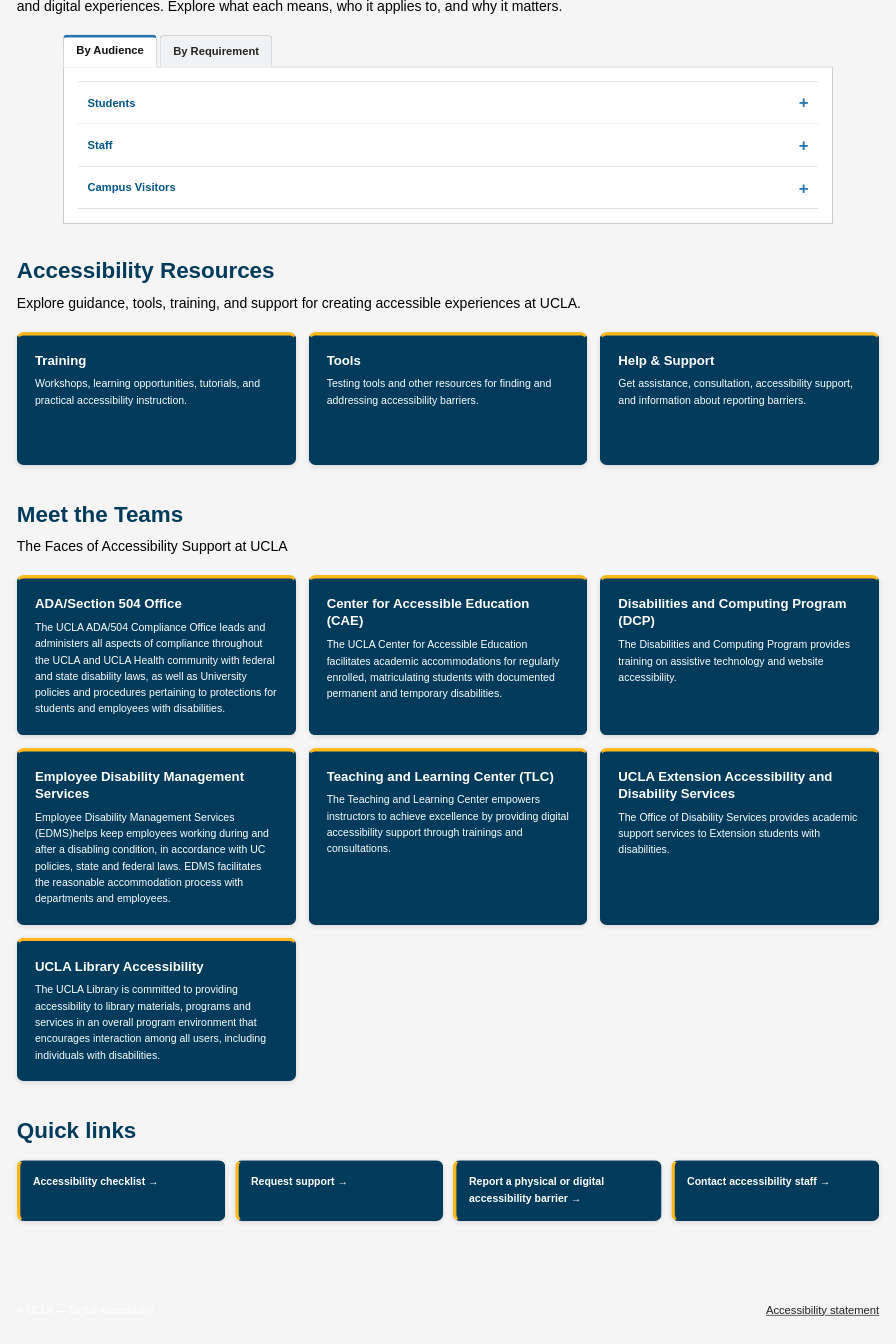
Repository: PSunnywell/UCLA-A11y-barrier-page
Page: index.html
These files come from the project's save history. The page is drawn as it stood at one moment and after the next save; the edit follows.
The browser window is 1280 px wide. The pictures show the part of the page from y = 818 to 2738 px (the page is 2738 px tall), at 70% of full size.

Above is the page before, as saved 2026-10-13 19:38:25.
Not found: search.js

### index.html
<!DOCTYPE html>
<html lang="en">
<head>
  <meta charset="UTF-8">
  <meta name="viewport" content="width=device-width, initial-scale=1.0">
  <meta name="description" content="Accessibility Resources for UCLA">
  <title>Accessibility Resources</title>
  <link rel="stylesheet" href="styles3.css">
  <style>
    /* Classic attached tabs, styled to match the reference image. */
    .requirements-tabs { max-width: 1100px; margin: 1.5rem auto 3rem; font-family: inherit; }
    .requirements-tablist { display: flex; align-items: flex-end; flex-wrap: wrap; gap: 4px; padding: 0; border-bottom: 1px solid #aeb6bf; }
    .requirements-tab { appearance: none; border: 1px solid #b5bac1; border-bottom: 0; border-radius: 6px 6px 0 0; background: #f1f2f4; color: #242424; font: inherit; font-weight: 600; font-size: 1rem; line-height: 1.3; padding: 12px 18px; margin: 0 0 -1px; cursor: pointer; }
    .requirements-tab[aria-selected="true"] { background: #fff; color: #111; border-top: 4px solid #2774ae; padding-top: 9px; border-bottom: 1px solid #fff; position: relative; z-index: 1; }
    .requirements-tab:hover:not([aria-selected="true"]) { background: #e5edf4; }
    .requirements-tab:focus-visible { outline: 3px solid #005587; outline-offset: 2px; z-index: 2; }
    .requirements-tabs > .requirements-panel { border: 1px solid #aeb6bf; border-top: 0; padding: 20px; background: #fff; }
    /* Simple accordion rows inside each top-level tab. */
    .requirements-accordion { border-bottom: 1px solid #c9d1d8; }
    .requirements-accordion:first-child { border-top: 1px solid #c9d1d8; }
    .requirements-accordion summary { cursor: pointer; list-style: none; display: flex; align-items: center; justify-content: space-between; gap: 1rem; padding: 17px 14px; font-weight: 600; color: #005587; background: #fff; }
    .requirements-accordion summary::-webkit-details-marker { display: none; }
    .requirements-accordion summary::after { content: "+"; font-size: 1.5rem; line-height: 1; color: #2774ae; }
    .requirements-accordion[open] summary::after { content: "−"; }
    .requirements-accordion summary:hover { background: #f3f8fc; }
    .requirements-accordion summary:focus-visible { outline: 3px solid #005587; outline-offset: -3px; }
    .requirements-accordion-content { padding: 0 14px 16px; }
    .requirements-panel[hidden] { display: none; }
    .requirements-panel p { line-height: 1.65; max-width: 72ch; margin: 0 0 .8rem; }
    .requirements-panel h3 { color: #005587; margin: 0 0 .65rem; font-size: 1.2rem; }
    @media (max-width: 600px) { .requirements-tab { padding: 10px 12px; font-size: .9rem; } .requirements-tab[aria-selected="true"] { padding-top: 7px; } .requirements-tabs > .requirements-panel { padding: 14px; } }
  </style>
</head>
<body>
  <a class="skip-link" href="#main-content">Skip to main content</a>

  <header class="site-header">
    <div class="header-inner">
      <a class="site-brand" href="ucla.edu" aria-label="UCLA home">
        <img class="site-brand-logo" src="images/logo_UCLA_blue_boxed.png" alt="UCLA">

      </a>
      <nav class="primary-nav" aria-label="Primary navigation">

        <ul>
          <li><a href="https://newsroom.ucla.edu/">Newsroom</a></li>
          <li><a href="training.html">Training</a></li>
          <li><a href="contact.html">Contact</a></li>
        </ul>
      </nav>
    </div>

    <div class="site-search-row">
      <search class="site-search" role="search">
        <form action="search.html" method="get">
          <label for="site-search-input">Search the site</label>
          <input id="site-search-input" name="q" type="search" placeholder="Search the site" autocomplete="off">
          <button type="submit">Search</button>
        </form>
      </search>
    </div>
  </header>


  <!-- =======================================================
       HERO
       ======================================================= -->

  <section class="hero" aria-labelledby="page-title">

    <div class="hero-inner">

            <h1 id="page-title">
       Building a More Accessible Community
      </h1>

      <p>At UCLA, accessibility is essential to creating a community where everyone feels welcome, respected, and empowered to participate fully.</p>

<p>Guided by our True Bruin Value of Belonging, we strive to build an inclusive environment that recognizes and respects the diverse identities, experiences, and abilities of our campus community. Accessibility goes beyond removing barriers and meeting legal requirements. It is about creating meaningful opportunities for everyone to learn, work, connect, and thrive.</p>

<p>Through our shared commitment to accessibility, we help build a UCLA where everyone has the opportunity to participate, contribute, and belong.</p>


    </div>

  </section>


  <!-- =======================================================
       MAIN
       ======================================================= -->

  <main id="main-content">


    <!-- =====================================================
         PRIMARY RESOURCE CARDS
         ===================================================== -->

    <section aria-labelledby="requirements-heading">

      <div class="section-heading">
        <h2 id="requirements-heading">Understanding Accessibility Requirements</h2>
        <p>Accessibility laws, university policies, and technical standards help create equitable access to UCLA's programs, services, and digital experiences. Explore what each means, who it applies to, and why it matters.</p>
      </div>

      <!-- Two main tabs; each contains three native HTML accordions. -->
      <div class="requirements-tabs">
        <div class="requirements-tablist" role="tablist" aria-label="Browse accessibility requirements">
          <button type="button" class="requirements-tab" id="tab-audience" role="tab" aria-selected="true" aria-controls="panel-audience" tabindex="0">By Audience</button>
          <button type="button" class="requirements-tab" id="tab-requirement" role="tab" aria-selected="false" aria-controls="panel-requirement" tabindex="-1">By Requirement</button>
        </div>

        <div class="requirements-panel" id="panel-audience" role="tabpanel" aria-labelledby="tab-audience" tabindex="0">
          <details class="requirements-accordion">
            <summary>Students</summary>
            <div class="requirements-accordion-content">
              <p>Explore accessibility rights, accommodations, and resources that support participation in courses, campus programs, and university life.</p>
            </div>
          </details>
          <details class="requirements-accordion">
            <summary>Staff</summary>
            <div class="requirements-accordion-content">
              <p>Learn about accessibility responsibilities and support for university workplaces, services, communications, and digital content.</p>
            </div>
          </details>
          <details class="requirements-accordion">
            <summary>Campus Visitors</summary>
            <div class="requirements-accordion-content">
              <p>Find information about access to campus spaces, events, programs, and services when visiting UCLA.</p>
            </div>
          </details>
        </div>
        <div class="requirements-panel" id="panel-requirement" role="tabpanel" aria-labelledby="tab-requirement" tabindex="0" hidden>
          <details class="requirements-accordion">
            <summary>Laws &amp; Regulations</summary>
            <div class="requirements-accordion-content">
              <p>Federal and state requirements, including the ADA and Section 504, establish rights and obligations related to equal access and nondiscrimination.</p>
            </div>
          </details>
          <details class="requirements-accordion">
            <summary>UC Policies</summary>
            <div class="requirements-accordion-content">
              <p>University of California policies describe institutional expectations, responsibilities, and procedures. Check each policy for its scope and applicability.</p>
            </div>
          </details>
          <details class="requirements-accordion">
            <summary>Standards</summary>
            <div class="requirements-accordion-content">
              <p>Technical criteria, such as the Web Content Accessibility Guidelines (WCAG), help teams design and evaluate accessible experiences. Applicable requirements determine which standards are mandatory.</p>
            </div>
          </details>
        </div>
      </div>

      <div class="section-heading">
        <h2 id="resources-heading">Accessibility Resources</h2>
        <p>Explore guidance, tools, training, and support for creating accessible experiences at UCLA.</p>
      </div>

      <div class="card-grid">

        <!-- CARD 1 -->
        <a
          class="resource-card is-dark"
          href="accessible-course-materials1004.html"
        >
          <h3>
           Training
          </h3>

          <p>
             Workshops, learning opportunities, tutorials,
            and practical accessibility instruction.
          </p>
        </a>

        <!-- CARD 2 -->
        <a
          class="resource-card is-dark"
          href="tools.html"
        >
          <h3>
            Tools
          </h3>

          <p>
            Testing tools and other resources for finding
            and addressing accessibility barriers.
          </p>
        </a>

        <!-- CARD 3 -->
        <a
          class="resource-card is-dark"
          href="support.html" >
          <h3>
            Help & Support
          </h3>

          <p>
            Get assistance, consultation, accessibility
            support, and information about reporting barriers.
          </p>
        </a>


      </div>

    </section>
<br>
<br>

    <!-- =====================================================
         FEATURED CONTENT
         ===================================================== -->
 <div class="section-heading">
        <h2 id="resources-heading">Meet the Teams</h2>
        <p>The Faces of Accessibility Support at UCLA</p>
      </div>

      <div class="card-grid">

        <!-- CARD 0 -->
        <a
          class="resource-card is-dark"
          href="ADA.html"
        >
          <h3>
          ADA/Section 504 Office
          </h3>

          <p>
            The UCLA ADA/504 Compliance Office leads and administers all aspects of compliance throughout the UCLA and UCLA Health community with federal and state disability laws, as well as University policies and procedures pertaining to protections for students and employees with disabilities.
          </p>
        </a>


        <!-- CARD 1 -->
        <a
          class="resource-card is-dark"
          href="cae.html"
        >
          <h3>
           Center for Accessible Education (CAE)
          </h3>

          <p>
            The UCLA Center for Accessible Education facilitates academic accommodations for regularly enrolled, matriculating students with documented permanent and temporary disabilities.
          </p>
        </a>

        <!-- CARD 2 -->
        <a
          class="resource-card is-dark"
          href="dcp.html"
        >
          <h3>
           Disabilities and Computing Program (DCP)
          </h3>

          <p>
           The Disabilities and Computing Program provides training on assistive technology and website accessibility.
          </p>
        </a>

   <!-- CARD 3 -->
        <a
          class="resource-card is-dark"
          href="edms.html" >
          <h3>Employee Disability Management Services
          </h3>

          <p>
            Employee Disability Management Services (EDMS)helps keep employees working during and after a disabling condition, in accordance with UC policies, state and federal laws. EDMS facilitates the reasonable accommodation process with departments and employees.
          </p>
        </a>

         <!-- CARD 4 -->
        <a
          class="resource-card is-dark"
          href="TLC.html" >
          <h3>Teaching and Learning Center (TLC)
          </h3>

          <p>
            The Teaching and Learning Center empowers instructors to achieve excellence by providing digital accessibility support through trainings and consultations.
          </p>
        </a>

         <!-- CARD 5 -->
        <a
          class="resource-card is-dark"
          href="ext.html" >
          <h3>UCLA Extension Accessibility and Disability Services
          </h3>

          <p>
            The Office of Disability Services provides academic support services to Extension students with disabilities.
          </p>
        </a>

        <!-- CARD 6 -->
        <a
          class="resource-card is-dark"
          href="library.html" >
          <h3>
            UCLA Library Accessibility
          </h3>

          <p>
            The UCLA Library is committed to providing accessibility to library materials, programs and services in an overall program environment that encourages interaction among all users, including individuals with disabilities.
          </p>
        </a>

      </div>

    </section>
<br>
<br>

    <!-- =====================================================
         QUICK LINKS
         ===================================================== -->

    <section aria-labelledby="quick-heading">

      <div class="section-heading">

        <h2 id="quick-heading">
          Quick links
        </h2>

      </div>


      <div class="quick-links">

        <a
          class="quick-link"
          href="checklist.html"
        >
          Accessibility checklist →
        </a>

        <a
          class="quick-link"
          href="request-support.html"
        >
          Request support →
        </a>

        <a
          class="quick-link"
          href="report-barrier.html"
        >
          Report a physical or digital accessibility barrier →
        </a>

        <a
          class="quick-link"
          href="contact.html"
        >
          Contact accessibility staff →
        </a>

      </div>

    </section>

  </main>


  <!-- =======================================================
       FOOTER
       ======================================================= -->

  <footer>

    <div class="footer-inner">

      <p>
        © UCLA — Digital Accessibility
      </p>

      <a
        class="footer-link"
        href="accessibility.html"
      >
        Accessibility statement
      </a>

    </div>

  </footer>

<script src="search.js" defer></script>
  <script>
    // Accessible keyboard navigation for the two main tabs.
    document.querySelectorAll('.requirements-tablist').forEach(tablist => {
      const tabs = Array.from(tablist.querySelectorAll(':scope > [role="tab"]'));
      function activate(tab, moveFocus = false) {
        tabs.forEach(item => {
          const selected = item === tab;
          item.setAttribute('aria-selected', String(selected));
          item.tabIndex = selected ? 0 : -1;
          document.getElementById(item.getAttribute('aria-controls')).hidden = !selected;
        });
        if (moveFocus) tab.focus();
      }
      tabs.forEach((tab, index) => {
        tab.addEventListener('click', () => activate(tab));
        tab.addEventListener('keydown', event => {
          let next;
          if (event.key === 'ArrowRight') next = (index + 1) % tabs.length;
          else if (event.key === 'ArrowLeft') next = (index - 1 + tabs.length) % tabs.length;
          else if (event.key === 'Home') next = 0;
          else if (event.key === 'End') next = tabs.length - 1;
          else return;
          event.preventDefault();
          activate(tabs[next], true);
        });
      });
    });
  </script>
</body>
</html>

Loaded but not shown: styles3.css (359 lines, source omitted)

After the next save:
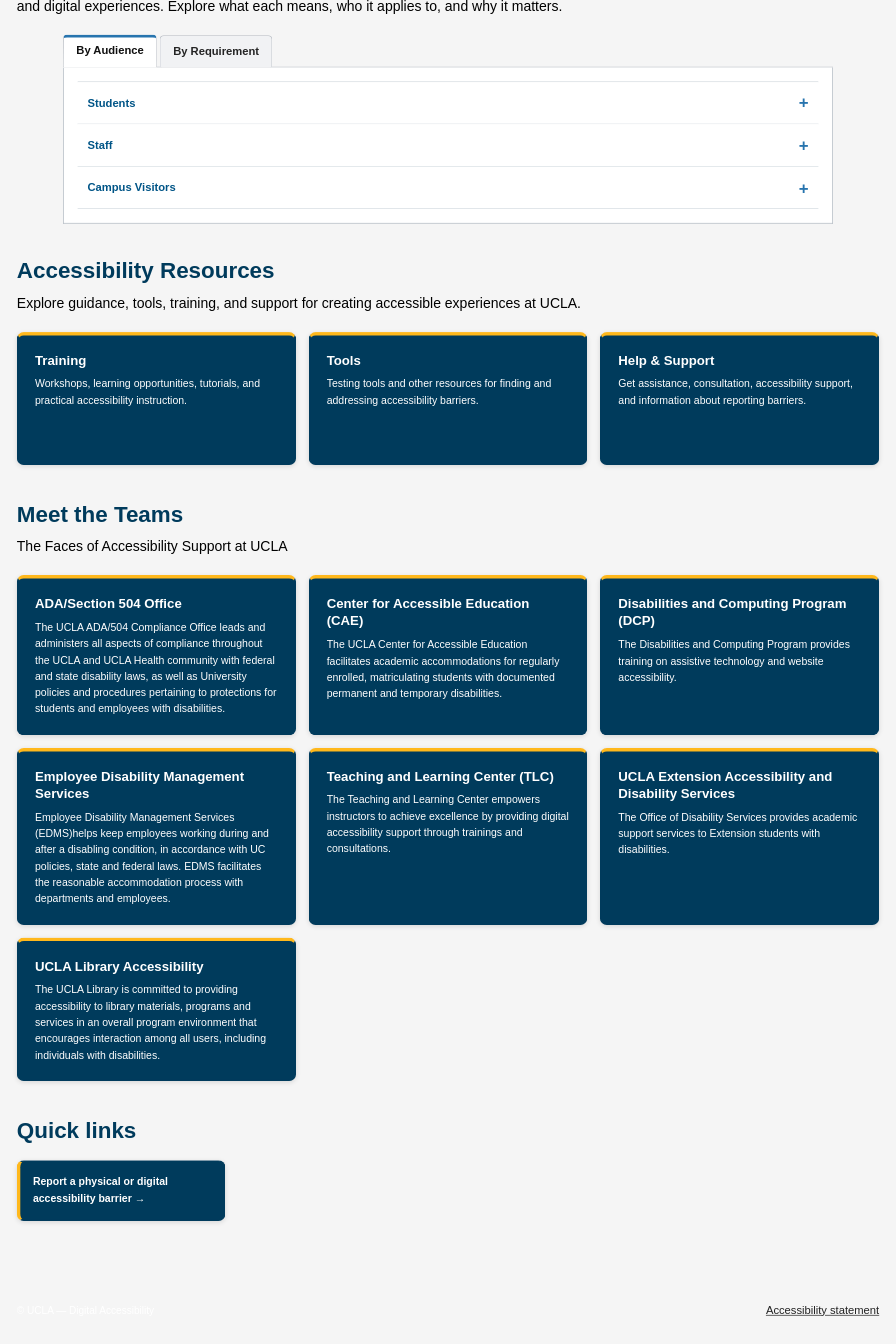
Saved 3 min 39 s later.
--- a/index.html
+++ b/index.html
@@ -338,30 +338,9 @@
 
         <a
           class="quick-link"
-          href="checklist.html"
-        >
-          Accessibility checklist →
-        </a>
-
-        <a
-          class="quick-link"
-          href="request-support.html"
-        >
-          Request support →
-        </a>
-
-        <a
-          class="quick-link"
           href="report-barrier.html"
         >
           Report a physical or digital accessibility barrier →
-        </a>
-
-        <a
-          class="quick-link"
-          href="contact.html"
-        >
-          Contact accessibility staff →
         </a>
 
       </div>
